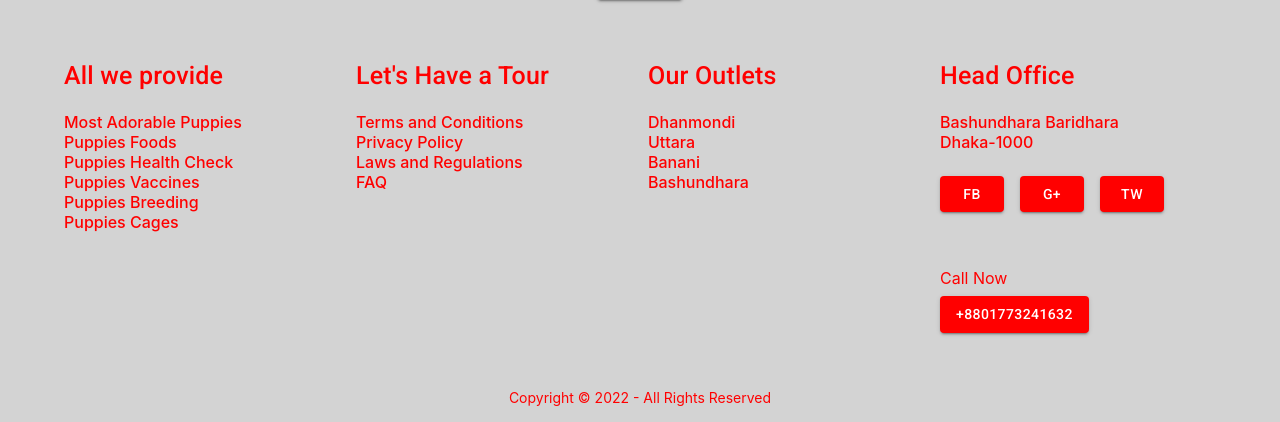
Repository: Sharif-00112/dogos-paradise-client
Page: /
These files come from the project's save history. The page is drawn as it stood at one moment and after the next save; the edit follows.
The browser window is 1280 px wide. The pictures show the part of the page from y = 2664 to 3126 px (the page is 3086 px tall before and 3126 px after).
Pictures or frames that could not be fetched are drawn as grey boxes. The page's requests for data from a server got no answer. The project was rebuilt for these pictures with package versions that can differ from the ones it lists, and the page was loaded fresh each time. No one was signed in, and anything a server would have sent is missing. Also part of the build but not shown: src/Pages/Home/Dog/Dog.js, src/Pages/Login/Login/Login.js, src/Pages/Login/Register/Register.js, src/Pages/NotFound/NotFound.js.

Above is the page before, as saved 2022-12-05 23:12:33.

### public/index.html
<!DOCTYPE html>
<html lang="en">
  <head>
    <meta charset="utf-8" />
    <link rel="icon" href="%PUBLIC_URL%/favicon.ico" />
    <meta name="viewport" content="width=device-width, initial-scale=1" />
    <meta name="theme-color" content="#000000" />
    <meta
      name="description"
      content="Web site created using create-react-app"
    />
    <link
      rel="stylesheet" href="https://fonts.googleapis.com/css?family=Roboto:300,400,500,700&display=swap"
    />

    <link rel="apple-touch-icon" href="%PUBLIC_URL%/logo192.png" />
    <!--
      manifest.json provides metadata used when your web app is installed on a
      user's mobile device or desktop. See https://developers.google.com/web/fundamentals/web-app-manifest/
    -->
    <link rel="manifest" href="%PUBLIC_URL%/manifest.json" />
    <!--
      Notice the use of %PUBLIC_URL% in the tags above.
      It will be replaced with the URL of the `public` folder during the build.
      Only files inside the `public` folder can be referenced from the HTML.

      Unlike "/favicon.ico" or "favicon.ico", "%PUBLIC_URL%/favicon.ico" will
      work correctly both with client-side routing and a non-root public URL.
      Learn how to configure a non-root public URL by running `npm run build`.
    -->
    <title>React App</title>
  </head>
  <body>
    <noscript>You need to enable JavaScript to run this app.</noscript>
    <div id="root"></div>
    <!--
      This HTML file is a template.
      If you open it directly in the browser, you will see an empty page.

      You can add webfonts, meta tags, or analytics to this file.
      The build step will place the bundled scripts into the <body> tag.

      To begin the development, run `npm start` or `yarn start`.
      To create a production bundle, use `npm run build` or `yarn build`.
    -->
  </body>
</html>

### src/App.js
import React  from 'react';
import './App.css';
import { BrowserRouter as Router, Route, Routes} from 'react-router-dom';
import Home from './Pages/Home/Home/Home';
import Login from './Pages/Login/Login/Login';
import Register from './Pages/Login/Register/Register';
import AuthProvider from './contexts/AuthProvider/AuthProvider';
// import PrivateRoute from './Pages/Login/PrivateRoute/PrivateRoute';
import NotFound from './Pages/NotFound/NotFound';
import Contact from './Pages/Home/Contact/Contact';
import Story from './Pages/Home/Story/Story';
import CustomerReviews from './Pages/Home/CustomerReviews/CustomerReviews';
import Blogs from './Pages/Home/Blogs/Blogs';
import About from './Pages/Home/About/About';
import Dogs from './Pages/Home/Dogs/Dogs';
// import Footer from './Pages/Shared/Footer/Footer';
// import Dashboard from './Pages/Dashboard/Dashboard/Dashboard';

function App() {
  return (
    <div className="App">
      <AuthProvider>
        <Router>
          <Routes>
            <Route exact path = '/' element={<Home/>}/>
            <Route exact path = '/home' element={<Home/>}/>
            <Route exact path = '/login' element={<Login/>}/>
            <Route exact path = '/register' element={<Register/>}/>
            <Route exact path = '/contact' element={<Contact/>}/>
            <Route exact path = '/dogs' element={<Dogs/>}/>
            <Route exact path = '/story' element={<Story/>}/>
            <Route exact path = '/reviews' element={<CustomerReviews/>}/>
            <Route exact path = '/blogs' element={<Blogs/>}/>
            <Route exact path = '/about' element={<About/>}/>
            {/* <Route exact path = '/appointment' element = {
              <PrivateRoute>
                <Appointment></Appointment>
              </PrivateRoute>
            }> </Route> */}
            {/* <Route path = 'dashboard/*' element = {
              <PrivateRoute>
                <Dashboard></Dashboard>
              </PrivateRoute>
            }> </Route> */}
            <Route path = '*' element={<NotFound/>}/>
          </Routes>
          {/* <Footer></Footer> */}
        </Router>
      </AuthProvider>
    </div>
  );
}

export default App;

### src/Pages/Home/Home/Home.js
import React from 'react';
import Footer from '../../Shared/Footer/Footer';
import Navigation from '../../Shared/Navigation/Navigation';
import About from '../About/About';
import Banner from '../Banner/Banner';
import Blogs from '../Blogs/Blogs';
import Contact from '../Contact/Contact';
import CustomerReviews from '../CustomerReviews/CustomerReviews';
import Dogs from '../Dogs/Dogs';
import Story from '../Story/Story';

const Home = () => {
    return (
        <div>
            <Navigation></Navigation>
            <Banner></Banner>
            <Dogs></Dogs>
            <Story></Story>
            <CustomerReviews></CustomerReviews>
            <Blogs></Blogs>
            <About></About>
            <Contact></Contact>
            <Footer></Footer>
        </div>
    );
};

export default Home;

### src/contexts/AuthProvider/AuthProvider.js
import React from 'react';
import { createContext } from 'react';
import useFirebase from '../../hooks/useFirebase';

//step-1-context
export const AuthContext = createContext();

const AuthProvider = (props) => {
    //step-3-context
    const {children} = props;

    //step-5-context
    const allContexts = useFirebase();

    return (
        //step-2-context
        <AuthContext.Provider value={allContexts}>
            {children}
        </AuthContext.Provider>
    );
};

export default AuthProvider;

### src/Pages/Home/Contact/Contact.js
import { Container } from '@mui/system';
import React from 'react';
import Typography from '@mui/material/Typography';
import {Button} from '@mui/material';
import TextField from '@mui/material/TextField';

const bg = 'https://i.ibb.co/hXGz3qW/dog-group.jpg';

const appointmentBanner = {
    background: `url(${bg}) no-repeat center center`,
    // marginTop: 100,
    backgroundPosition: 'center',
    backgroundSize: '100% auto',
    backgroundColor: 'rgba(45, 58, 74, 0.6)',
    backgroundBlendMode: 'darken, luminosity'
}

const Contact = () => {
    const handleContactSubmit = e =>{
        e.preventDefault();

        //collect form data


        //send data to the server and database


        alert('Submitted Successfully!');
    }

    return (
        <div style={appointmentBanner}>
            {/* <h2>Contact us</h2> */}
            <Container sx={{}}>
                <Typography sx={{ py: 5, fontWeight: 500 }} style={{color: 'coral'}} variant="h4" component="div">
                    Contact us
                </Typography>

                <Container>
                    <form onSubmit={handleContactSubmit}>
                        <TextField
                            style={{backgroundColor: 'whitesmoke'}}
                            required
                            sx={{width: "80%", m:1 }}
                            id="outlined-size-small"
                            placeholder='Your Email*'
                            // defaultValue='Your Email'
                            size="small"
                            />
                        <TextField
                            style={{backgroundColor: 'whitesmoke'}}
                            required
                            sx={{width: "80%", m:1 }}
                            id="outlined-size-small"
                            placeholder='Subject*'
                            // defaultValue='Subject'
                            size="small"
                            />
                        <TextField
                            style={{backgroundColor: 'whitesmoke'}}
                            required
                            sx={{width: "80%", m:1 }}
                            id="filled-multiline-static"
                            // label="Multiline"
                            multiline
                            rows={4}
                            placeholder='Your message*'
                            // defaultValue="Your message"
                            variant="filled"
                            />
                            <br />
                        <Button type='submit' sx={{mt:3}} variant="contained" style={{backgroundColor: 'coral'}}>Submit</Button>
                    </form>
                </Container>

            </Container>
        </div>
    );
};

export default Contact;

### src/Pages/Home/Story/Story.js
import React from 'react';
import { Typography } from '@mui/material';
import Box from '@mui/material/Box';
import Grid from '@mui/material/Unstable_Grid2';


const Story = () => {
    return (
        <Box sx={{backgroundColor:"whitesmoke", p:4}}>
            <Typography sx={{ mt: 2, mb:4, color: 'gray', fontWeight: 600 }} variant="h4" component="div">
                Our Story
            </Typography>
            <Box sx={{ flexGrow: 1 }}>
                <Grid container spacing={2}>
                    <Grid xs={6} md={4}>
                        <img style={{ width: '100%'}} src="https://i.ibb.co/M8w31YS/dog-story.jpg" alt="dog-story" />
                    </Grid>
                    <Grid xs={6} md={8}>
                        <Typography sx={{ mx: 2, color: 'gray', fontWeight: 400 }} variant="body1" component="div">
                            Lorem ipsum dolor sit, amet consectetur adipisicing elit. Placeat unde cum incidunt consequatur ducimus quos debitis error odit cumque quis qui consequuntur sequi eligendi nulla et omnis quibusdam, laboriosam facilis libero explicabo a quasi expedita dolore. Officiis, soluta? Beatae nihil perspiciatis illum ea perferendis debitis odio. At cumque, corporis ipsum soluta perspiciatis pariatur quas quisquam vitae similique deleniti odio et.
                        </Typography>
                    </Grid>
                </Grid>
            </Box>
        </Box>
    );
};

export default Story;

### src/Pages/Home/CustomerReviews/CustomerReviews.js
import React from 'react';
import { Typography } from '@mui/material';


const CustomerReviews = () => {
    return (
        <div>
            <Typography sx={{ m: 3, color: 'red', fontWeight: 600 }} variant="h4" component="div">
                Happy Customer's Sayings
            </Typography>
        </div>
    );
};

export default CustomerReviews;

### src/Pages/Home/Blogs/Blogs.js
import React from 'react';
import { Typography } from '@mui/material';


const Blogs = () => {
    return (
        <div>
            <Typography sx={{ m: 3, color: 'red', fontWeight: 600 }} variant="h4" component="div">
                Blogs
            </Typography>
        </div>
    );
};

export default Blogs;

### src/Pages/Home/About/About.js
import React from 'react';
import { Typography } from '@mui/material';
import Box from '@mui/material/Box';
import Grid from '@mui/material/Unstable_Grid2';

const About = () => {
    return (
        <Box sx={{backgroundColor:"lightgray", p:4}}>
        <Typography sx={{ mt: 2, mb:4, color: 'coral', fontWeight: 600 }} variant="h4" component="div">
            Who are we?
        </Typography>
        <Box sx={{ flexGrow: 1 }}>
            <Grid container spacing={2}>
                <Grid xs={6} md={8}>
                    <Typography sx={{ mx: 2, color: 'black', fontWeight: 400 }} variant="body1" component="div">
                        Lorem ipsum dolor sit, amet consectetur adipisicing elit. Placeat unde cum incidunt consequatur ducimus quos debitis error odit cumque quis qui consequuntur sequi eligendi nulla et omnis quibusdam, laboriosam facilis libero explicabo a quasi expedita dolore. Officiis, soluta? Beatae nihil perspiciatis illum ea perferendis debitis odio. At cumque, corporis ipsum soluta perspiciatis pariatur quas quisquam vitae similique deleniti odio et.
                    </Typography>
                </Grid>
                <Grid xs={6} md={4}>
                    <img style={{ width: '100%'}} src="https://i.ibb.co/c2xbHpP/dog-about.jpg" alt="dog-story" />
                </Grid>
            </Grid>
        </Box>
    </Box>
    );
};

export default About;

### src/Pages/Home/Dogs/Dogs.js
import React, { useEffect, useState } from 'react';
import Box from '@mui/material/Box';
import Grid from '@mui/material/Unstable_Grid2';
import Typography from '@mui/material/Typography';
import { Container } from '@mui/material';
import Dog from '../Dog/Dog';

// const dogs = [
//     {
//         title: "Siberian Husky",
//         age: '13',
//         breed: 'Mixed',
//         image: 'https://i.ibb.co/VV1yxdy/dog-1.jpg',
//         price: 700,
//         description: 'Lorem ipsum dolor sit amet, consectetur adipisicing elit. Quo, magni ab. Sed aut nesciunt neque laudantium culpa sit? Possimus, id.'
//     },
//     {
//         title: "German Shepherd",
//         age: '8',
//         breed: 'Mixed',
//         image: 'https://i.ibb.co/tZcvfCd/dog-2.jpg',
//         price: 700,
//         description: 'Lorem ipsum dolor sit amet, consectetur adipisicing elit. Quo, magni ab. Sed aut nesciunt neque laudantium culpa sit? Possimus, id.'
//     },
//     {
//         title: "Golden Retriever",
//         age: '5',
//         breed: 'Mixed',
//         image: 'https://i.ibb.co/YPHDzsb/dog-3.jpg',
//         price: 700,
//         description: 'Lorem ipsum dolor sit amet, consectetur adipisicing elit. Quo, magni ab. Sed aut nesciunt neque laudantium culpa sit? Possimus, id.'
//     },
//     {
//         title: "Bulldog",
//         age: '6',
//         breed: 'Mixed',
//         image: 'https://i.ibb.co/bjty4nS/dog-4.jpg',
//         price: 700,
//         description: 'Lorem ipsum dolor sit amet, consectetur adipisicing elit. Quo, magni ab. Sed aut nesciunt neque laudantium culpa sit? Possimus, id.'
//     },
//     {
//         title: "Irish Setter",
//         age: '9',
//         breed: 'Mixed',
//         image: 'https://i.ibb.co/QPSnF0t/dog-5.jpg',
//         price: 700,
//         description: 'Lorem ipsum dolor sit amet, consectetur adipisicing elit. Quo, magni ab. Sed aut nesciunt neque laudantium culpa sit? Possimus, id.'
//     },
//     {
//         title: "Brussels Griffon",
//         age: '4',
//         breed: 'Mixed',
//         image: 'https://i.ibb.co/z5kJHB2/dog-6.jpg',
//         price: 700,
//         description: 'Lorem ipsum dolor sit amet, consectetur adipisicing elit. Quo, magni ab. Sed aut nesciunt neque laudantium culpa sit? Possimus, id.'
//     },
//     {
//         title: "Newfoundland",
//         age: '15',
//         breed: 'Mixed',
//         image: 'https://i.ibb.co/mD4CtfC/dog-7.jpg',
//         price: 700,
//         description: 'Lorem ipsum dolor sit amet, consectetur adipisicing elit. Quo, magni ab. Sed aut nesciunt neque laudantium culpa sit? Possimus, id.'
//     },
//     {
//         title: "French Bulldog",
//         age: '7',
//         breed: 'Mixed',
//         image: 'https://i.ibb.co/PCQT44S/dog-8.jpg',
//         price: 700,
//         description: 'Lorem ipsum dolor sit amet, consectetur adipisicing elit. Quo, magni ab. Sed aut nesciunt neque laudantium culpa sit? Possimus, id.'
//     },
//     {
//         title: "Beagle",
//         age: '12',
//         breed: 'Mixed',
//         image: 'https://i.ibb.co/XLvC5BW/dog-9.jpg',
//         price: 700,
//         description: 'Lorem ipsum dolor sit amet, consectetur adipisicing elit. Quo, magni ab. Sed aut nesciunt neque laudantium culpa sit? Possimus, id.'
//     },
//     {
//         title: "Poodle",
//         age: '15',
//         breed: 'Mixed',
//         image: 'https://i.ibb.co/rxMv41c/dog-10.jpg',
//         price: 700,
//         description: 'Lorem ipsum dolor sit amet, consectetur adipisicing elit. Quo, magni ab. Sed aut nesciunt neque laudantium culpa sit? Possimus, id.'
//     }
// ]

const Dogs = () => {
    const [dogs, setDogs] = useState([]);

    useEffect(() => {
        fetch('http://localhost:3005/dogs')
        .then(res => res.json())
        .then(data => setDogs(data))
    }, []);

    return (
        <div>
            <Box sx={{ flexGrow: 1, backgroundColor:"lightblue", py:4 }}>
                <Container>
                    <Typography sx={{ p:3, color: 'red', fontWeight: 600 }} variant="h4" component="div">
                        Dogs Waiting for you to adapt
                    </Typography>

                    <Grid container spacing={{ xs: 2, md: 3 }} columns={{ xs: 4, sm: 8, md: 12 }}>
                        {
                            dogs.map(dog => (
                                <Grid xs={2} sm={4} md={4} key={dog._id}>
                                    <Dog
                                        key= {dog._id}
                                        dog = {dog}
                                    ></Dog>
                                </Grid>
                            ))
                        }
                    </Grid>
                </Container>
            </Box>
        </div>
    );
};

export default Dogs;

### src/Pages/Home/Banner/Banner.js
import React from 'react';
import { Typography } from '@mui/material';

const Banner = () => {
    return (
        <div>
            {/* <Typography sx={{ m: 3, color: 'red', fontWeight: 600 }} variant="h4" component="div">
                Head Banner
            </Typography> */}
            <img style={{ width: '100%'}} src="https://i.ibb.co/Mnn0NX3/dog-cover-1.jpg" alt="dog-human playing" />
            <Typography sx={{ mt: -25, mb:8, color: 'red', fontWeight: 700 }} variant="h4" component="div">
                Dogs are not only pets;
                <br /> <br />
                They are "L O V E"
            </Typography>
        </div>
    );
};

export default Banner;

### src/hooks/useAuth.js
//step-6-context

import { useContext } from "react"
import { AuthContext } from "../../src/contexts/AuthProvider/AuthProvider"

const useAuth = () =>{
    return useContext(AuthContext);
}

export default useAuth;

### src/Pages/Login/Firebase/firebase.initialize.js
import { initializeApp } from "firebase/app";
import firebaseConfig from "./firebase.config";

const initializeAuthentication = () =>{
    initializeApp(firebaseConfig);
}

export default initializeAuthentication;

### src/Pages/Login/Firebase/firebase.config.js
// console.log(process.env);

const firebaseConfig = {
  apiKey: process.env.REACT_APP_FIREBASE_API_KEY,
  authDomain: process.env.REACT_APP_FIREBASE_AUTH_DOMAIN,
  projectId: process.env.REACT_APP_FIREBASE_PROJECT_ID,
  storageBucket: process.env.REACT_APP_FIREBASE_STORAGE_BUCKET,
  messagingSenderId: process.env.REACT_APP_FIREBASE_MESSAGING_SENDER_ID,
  appId: process.env.REACT_APP_FIREBASE_APP_ID,
  measurementId: process.env.REACT_APP_FIREBASE_MEASUREMENT_ID
};

export default firebaseConfig;

// .env.local
// REACT_APP_FIREBASE_API_KEY=AIzaSyCGaQ8G2l5KeOKX4bAJ7MC19oWW_2vnTNQ
// REACT_APP_FIREBASE_AUTH_DOMAIN=dogos-paradise.firebaseapp.com
// REACT_APP_FIREBASE_PROJECT_ID=dogos-paradise
// REACT_APP_FIREBASE_STORAGE_BUCKET=dogos-paradise.appspot.com
// REACT_APP_FIREBASE_MESSAGING_SENDER_ID=824394057307
// REACT_APP_FIREBASE_APP_ID=1:824394057307:web:727ac0c86627b9544a617e
// REACT_APP_FIREBASE_MEASUREMENT_ID=G-DL8JJ6MYSD

// const firebaseConfig = {
  // apiKey: "AIzaSyCGaQ8G2l5KeOKX4bAJ7MC19oWW_2vnTNQ",
  // authDomain: "dogos-paradise.firebaseapp.com",
  // projectId: "dogos-paradise",
  // storageBucket: "dogos-paradise.appspot.com",
  // messagingSenderId: "824394057307",
  // appId: "1:824394057307:web:727ac0c86627b9544a617e",
  // measurementId: "G-DL8JJ6MYSD"
// };

Loaded but not shown: src/index.js (common file); src/index.css (common file); src/reportWebVitals.js (common file); src/App.css (common file); src/Pages/Shared/Navigation/Navigation.js (229 lines, source omitted); src/hooks/useFirebase.js (273 lines, source omitted); src/Pages/Shared/Footer/Footer.js (156 lines, source omitted)

After the next save:
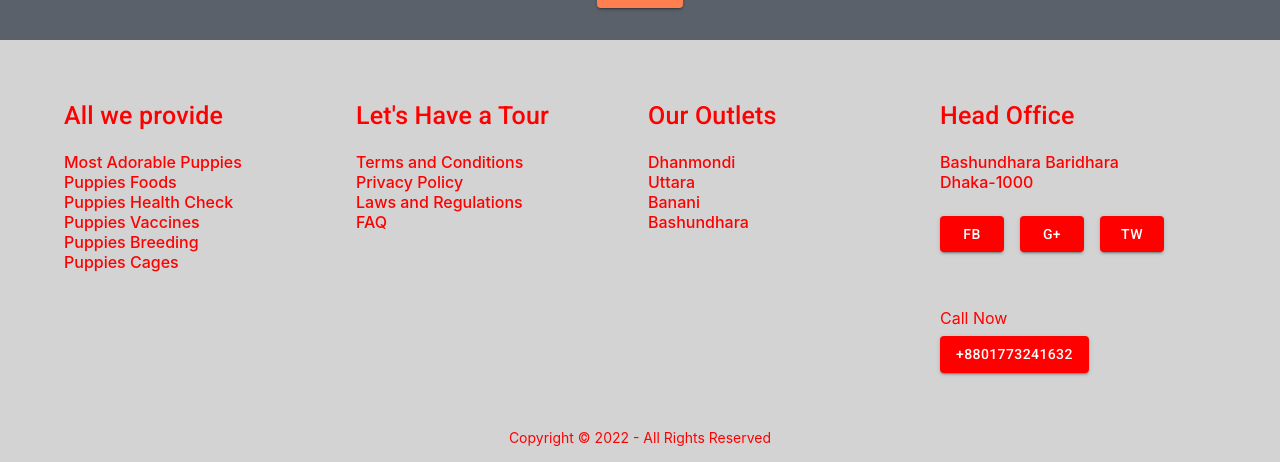
Saved 21 s later.
--- a/src/Pages/Home/Contact/Contact.js
+++ b/src/Pages/Home/Contact/Contact.js
@@ -69,7 +69,7 @@
                             variant="filled"
                             />
                             <br />
-                        <Button type='submit' sx={{mt:3}} variant="contained" style={{backgroundColor: 'coral'}}>Submit</Button>
+                        <Button type='submit' sx={{my:4}} variant="contained" style={{backgroundColor: 'coral'}}>Submit</Button>
                     </form>
                 </Container>
 

After the save that followed:
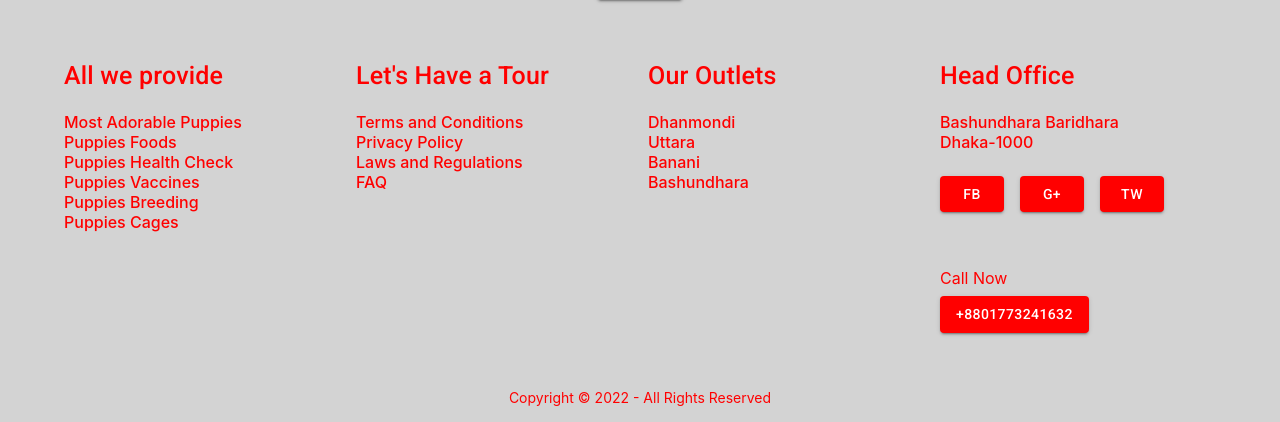
Saved 9 s later.
--- a/src/Pages/Home/Contact/Contact.js
+++ b/src/Pages/Home/Contact/Contact.js
@@ -69,7 +69,7 @@
                             variant="filled"
                             />
                             <br />
-                        <Button type='submit' sx={{my:4}} variant="contained" style={{backgroundColor: 'coral'}}>Submit</Button>
+                        <Button type='submit' sx={{mt:3}} variant="contained" style={{backgroundColor: 'coral'}}>Submit</Button>
                     </form>
                 </Container>
 
